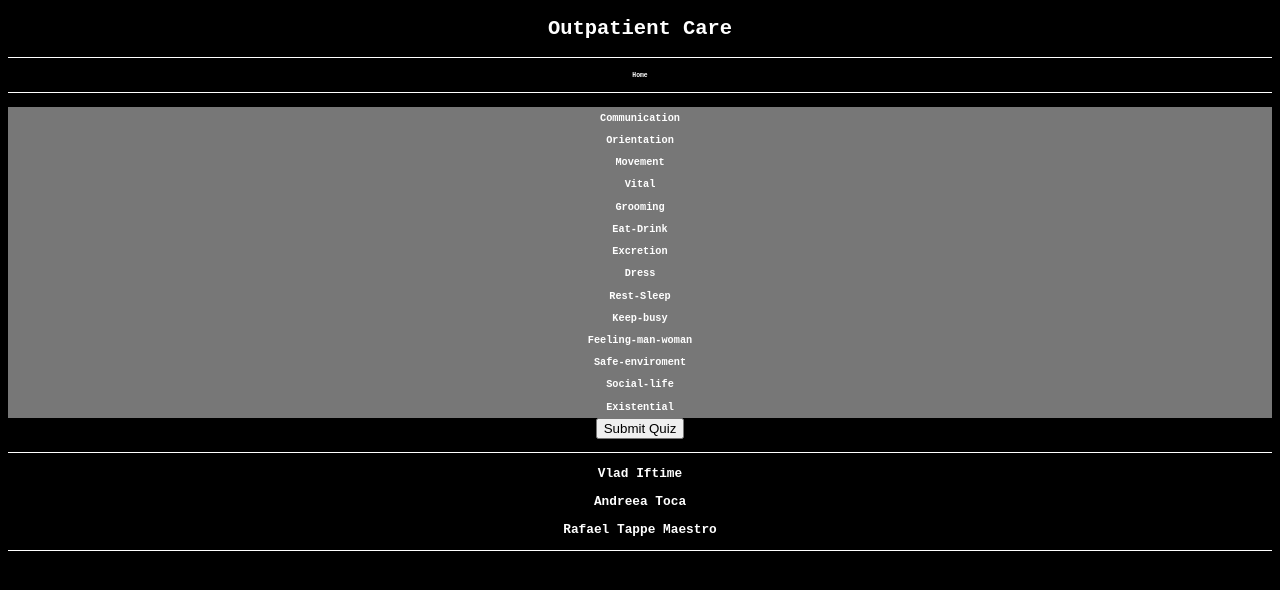
Repository: VladIftime/KnowledgeTechnology2019
Page: src/front/index.html
An editor plug-in stored every save of this project. The page is shown before and after the next save, followed by the edit.
The browser window is 1280 px wide. The pictures show the whole page.

Above is the page before, as saved 2020-01-11 20:20:20.

After the next save:
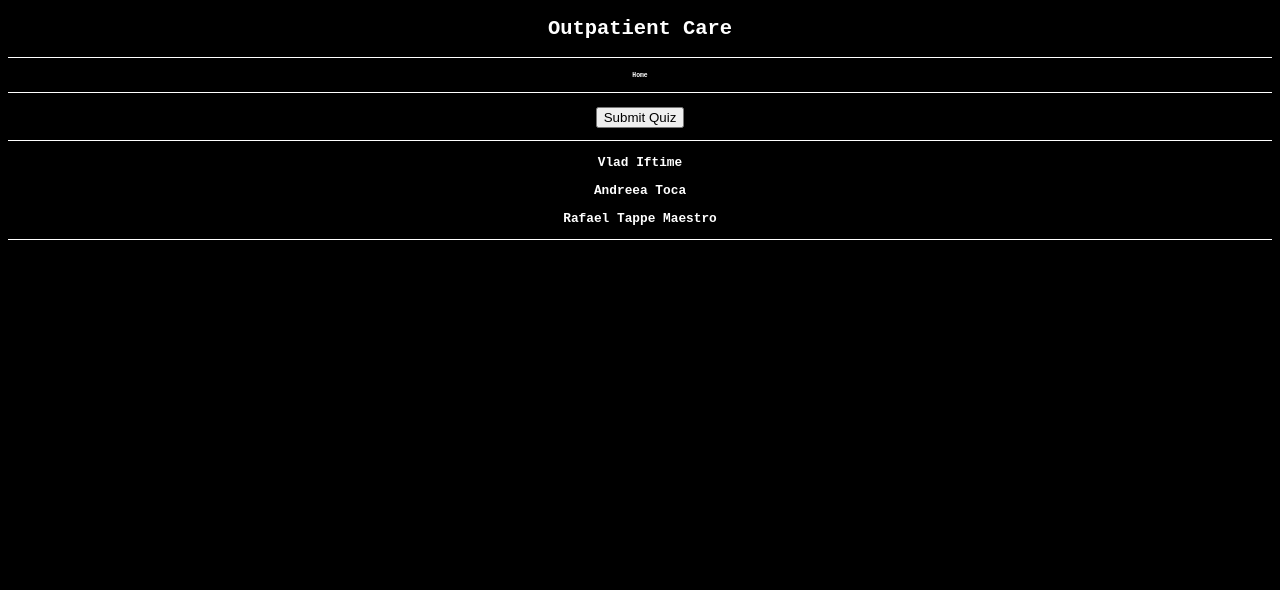
Console error: SyntaxError: Invalid or unexpected token
Saved 5 s later.
--- a/src/front/questions.js
+++ b/src/front/questions.js
@@ -48,7 +48,7 @@
     showChoices() {
         let htmlString = '<div class = ans-grid> <div class = ans-box>';
         for (let index = 0; index < this.choices.length; index++) {
-            htmlString += ('<inputtype=\'radio\' name=' + this.name + ' value= \''  + index + '\'>' + this.choices[index] + '<br>');
+            htmlString += ('<inputtype=\'radio\' name=' + this.name + ' value= \''  + index + '\'>' + '+ this.choices[index] + '<br>');
         }
         document.getElementById(this.name).innerHTML += htmlString + '</div> </div>';
     }

After the 5 saves that followed:
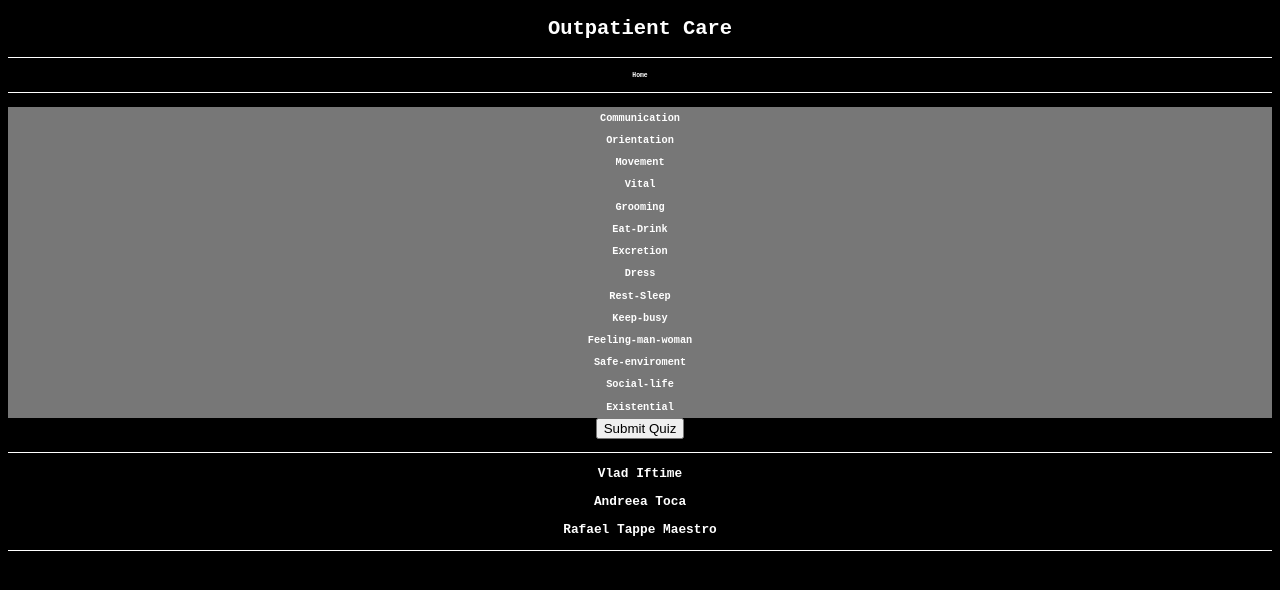
The error is gone.
The 5 saves are shown as one change because 2 left the picture as it was and some came seconds apart.
The last was saved 18 s later.
--- a/src/front/questions.js
+++ b/src/front/questions.js
@@ -48,7 +48,7 @@
     showChoices() {
         let htmlString = '<div class = ans-grid> <div class = ans-box>';
         for (let index = 0; index < this.choices.length; index++) {
-            htmlString += ('<inputtype=\'radio\' name=' + this.name + ' value= \''  + index + '\'>' + '+ this.choices[index] + '<br>');
+            htmlString += ('<inputtype=\'radio\' name=' + this.name + ' value= \''  + index + '\'>' + '<label class=font>' + this.choices[index] + '<br>');
         }
         document.getElementById(this.name).innerHTML += htmlString + '</div> </div>';
     }
